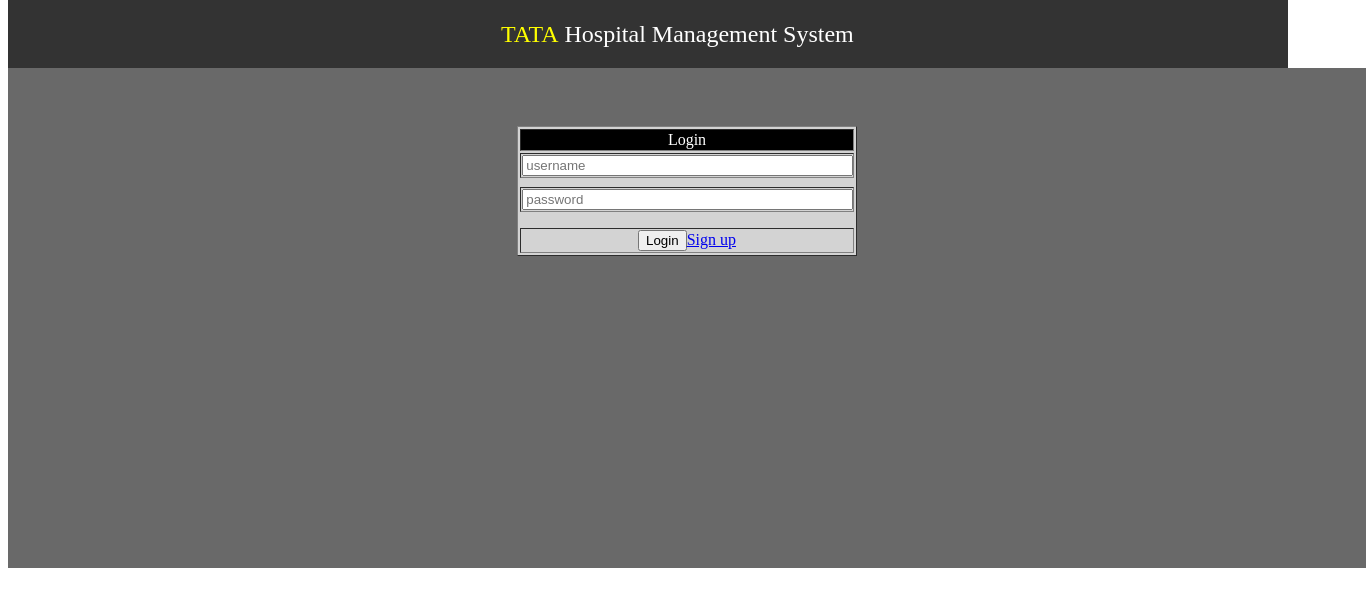
Repository: gopikavinod/RBM
Page: http://localhost/Hospital_Management_System/medicines.jsp
These files come from the project's save history. The page is drawn as it stood at one moment and after the next save; the edit follows.
The browser window is 1280 px wide. The page is 1366 px wide, so the pictures cover 1366 px, including what lies to the right of the window. The pictures show the whole page.
The page is served by Tomcat 9. Other server files are loaded and not shown.

Above is the page before, as saved 2020-07-03 14:03:47.

### eclipse-workspace/Hospital Management System/WebContent/Login.jsp
<%@ page language="java" contentType="text/html; charset=ISO-8859-1"
    pageEncoding="ISO-8859-1"

    %>
<!DOCTYPE html>
<html>
<head>
<meta charset="ISO-8859-1">
<title>Login</title>
<style>
    /* Add some padding on document's body to prevent the content
    to go underneath the header and footer */
    body{
        padding-top: 60px;
        padding-bottom: 40px;
    }
    .container{
        margin: 0 auto; /* Center the DIV horizontally */
    }
    .fixed-header, .fixed-footer{
        width: 100%;
        position: fixed;
        background: #333;
        padding: 10px 0;
        color: #fff;
    }
    .fixed-header{
        top: 0;
    }

    /* Some more styles to beutify this example */

    .container p{
        line-height: 200px; /* Create scrollbar to test positioning */
    }
    p.detail
    {
    color:yellow;
    line-height: 0px;
    font-size: x-large;
    }
    span.name{
    	color:white;
    	font-size: x-large;
    }
    tr
    {
    height: 5px;
    }
    span.aestric
    {
    color: red;
    }


</style>
<script>

function disableBackButton()
 {
  //location.href("logout.html");

 }
if(window.history.forward(1) != null)
         window.history.forward(1);
</script>
</head>
<body>
 <div class="fixed-header">
<div class="container" style="padding-left: 493px;">
  <p class="detail" >TATA<span class="name">&nbsp;Hospital Management System</span></p>
</div>
 </div>
   <div class="container" style="background-color: dimgrey;width:1358px;height:500px">
   	<script>
	function form_validation() {

		var uname=document.myForm.un.value;
		var pwd=document.myForm.pw.value
		if(uname=="")
			{
			 alert("please enter username")
			}
		else if(pwd=="")
			{

			}

	}
	</script>

   <form action="LoginServlet" name="myForm"  style="padding-top: 58px" onload="disableBackButton()" onsubmit=" return form_validation();" method="post">

		<!-- 	Please enter your username
			<input type="text" name="un"/><br>

			Please enter your password
			<input type="text" name="pw"/>

			<input type="submit" value="submit"> -->
<table align="center" border="1" width="25%" bgcolor="#D3D3D3">

<tr>
<td align="center" colspan="2"  style="background-color: black; color: white;" >Login</td>
</tr>
<tr>
<td><input type="text" name="un" style="width: 98% " colspan="2" placeholder="username" minlength="9"  >  </td>
</tr>
<tr>
</tr>
<tr>

<td> <input type="password" name="pw" style="width: 98%" colspan="2" placeholder="password"  pattern="^(?=.*?[A-Z])(?=.*?[a-z])(?=.*?[0-9])(?=.*?[#?!@$%^&*-]).{8,}$" oninvalid="this.setCustomValidity('Invalid Password')" required="required" > </td>
</tr>
<tr></tr>
<tr></tr>
<tr>
<td align="center" colspan="2"><input type="submit" onclick="disableBackButton()" value="Login" ><a href="Signup.jsp">Sign up</a>  </td>
</tr>
</table>

		</form>
		<br>
		<div style="color: red;padding-left: 557px;font-size: larger;">
		<br>
		${message} <br>
		</div>

   </div>

</body>
</html>

After the next save:
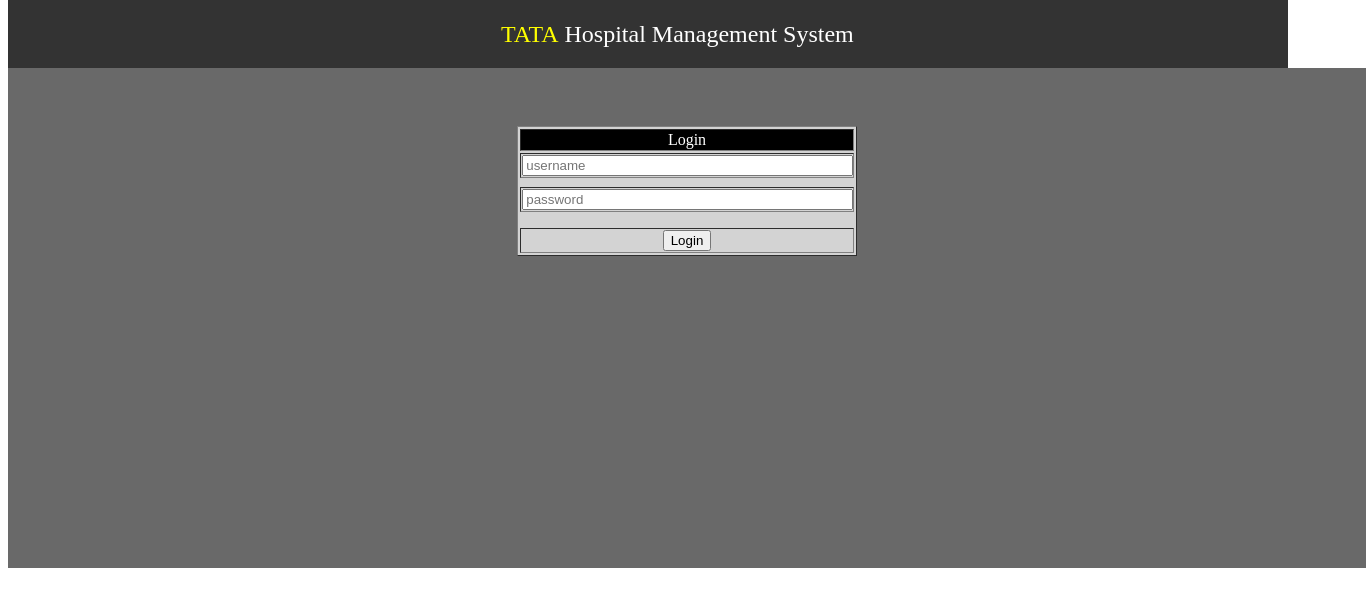
Saved 23 s later.
--- a/eclipse-workspace/Hospital Management System/WebContent/Login.jsp
+++ b/eclipse-workspace/Hospital Management System/WebContent/Login.jsp
@@ -115,7 +115,7 @@
 <tr></tr>
 <tr></tr>
 <tr>
-<td align="center" colspan="2"><input type="submit" onclick="disableBackButton()" value="Login" ><a href="Signup.jsp">Sign up</a>  </td>
+<td align="center" colspan="2"><input type="submit" onclick="disableBackButton()" value="Login" > </td>
 </tr>
 </table>
 
